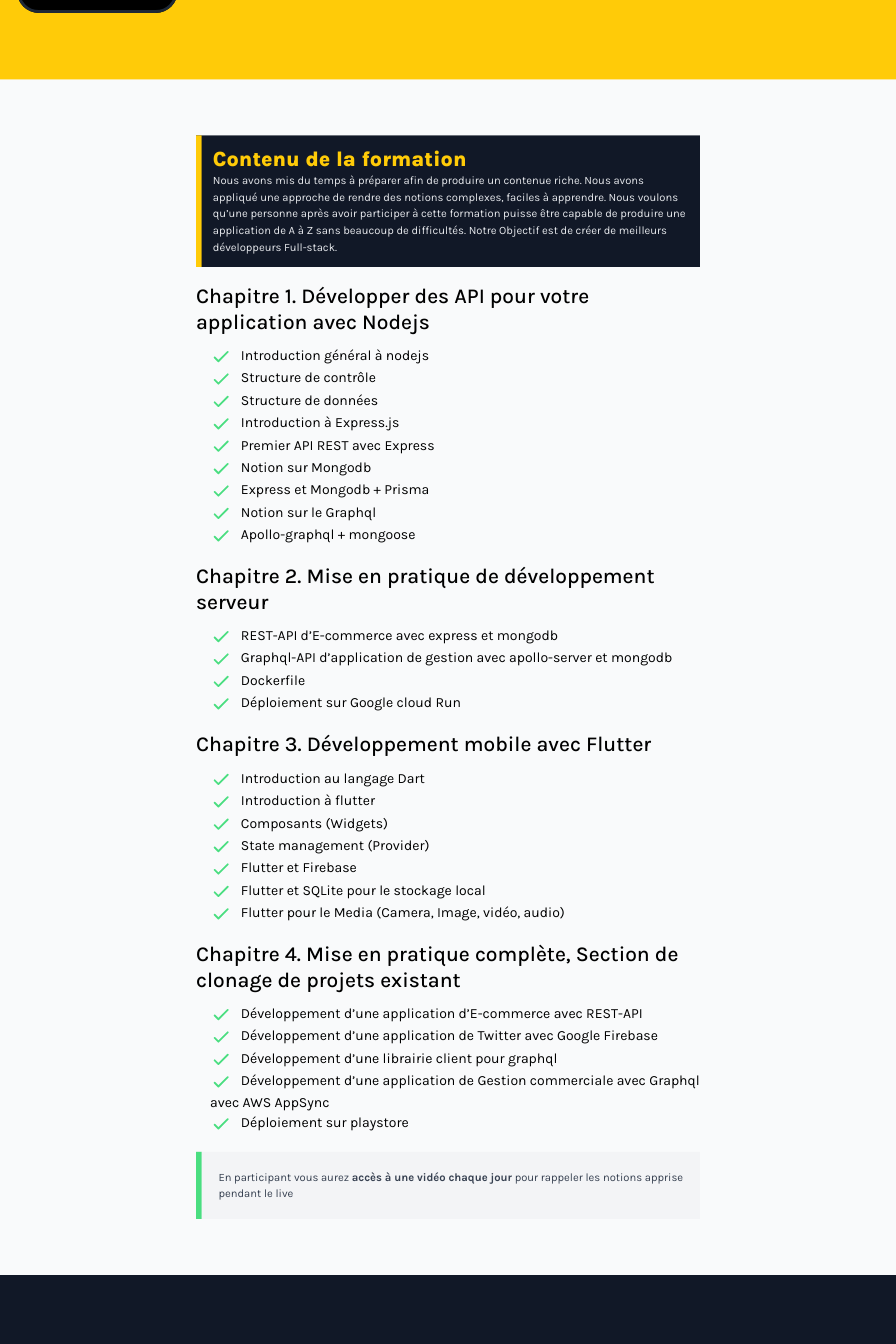
Repository: alfredlwanzo/course
Page: /
The author's editor kept a copy of each file at every save. The page is drawn from the files as they stood at one save, then again after the next save.
The browser window is 1280 px wide. The pictures show the part of the page from y = 658 to 2578 px (the page is 3446 px tall before and 3374 px after), at 70% of full size.
The project was rebuilt for these pictures with package versions that can differ from the ones it lists, and the page was loaded fresh each time. The framework's server and built-in components were replaced by stand-ins that run in the browser. Also part of the build but not shown: next.config.js.

Above is the page before, as saved 2022-08-09 14:50:03.

### pages/_app.tsx
import '../src/styles/globals.css'
import type { AppProps } from 'next/app'

function MyApp({ Component, pageProps }: AppProps) {
  return <Component {...pageProps} />
}

export default MyApp

### pages/_document.tsx
import NextDocument, { Html, Head, Main, NextScript } from "next/document";

type Props = {};

class MyDocument extends NextDocument<Props> {
  render() {
    return (
      <Html>
        <Head>
          <link rel="manifest" href="/manifest.json" />
          <link rel="apple-touch-icon" href="/icon.png"></link>
          <meta name="theme-color" content="#FFCB08" />
          <link rel="icon" href="/favicon.ico" />
        </Head>
        <body>
          <Main />
          <NextScript />
        </body>
      </Html>
    );
  }
}

export default MyDocument;

### pages/index.tsx
import Footer from '@src/components/Footers/Footer'
import ContentSection from '@src/components/sections/Content'
import HomeSection from '@src/components/sections/Home'
import PricingSection from '@src/components/sections/Pricing'
import type { NextPage } from 'next'
import Head from 'next/head'
import Image from 'next/image'


const Home: NextPage = () => {
  return (
    <div className="">
      <Head>
        <title>Innov | Bootcamp pour devenir fullStack developpeur</title>
        <meta name="description" content="Generated by create next app" />
        <link rel="icon" href="/favicon.ico" />
      </Head>

      <main className="">
       <section className="bg-primary pt-28 pb-14 md:pb-28">
        {/* section Home */}
        <HomeSection/>
       </section>

       {/* section content */}
       <section className="py-6 md:py-20">
        <ContentSection/>
       </section>
       {/* Section pricing */}
       <section>
        <PricingSection/>
       </section>
      </main>

      <Footer/>
    </div>
  )
}

export default Home

### src/styles/globals.css

/* Fonts: Comfortaa & Karla */
@import url('https://fonts.googleapis.com/css2?family=Comfortaa:wght@300;400;500;600;700&display=swap');
@import url('https://fonts.googleapis.com/css2?family=Karla:ital,wght@0,200;0,300;0,400;0,500;0,600;0,700;0,800;1,200;1,300;1,400;1,500;1,600;1,700;1,800&display=swap');

/* tailwind */
@tailwind base;
@tailwind components;
@tailwind utilities;


html,
body {
  padding: 0;
  margin: 0;
  @apply bg-gray-50;
  font-family: 'Karla', sans-serif;
}

a {
  color: inherit;
  text-decoration: none;
}

* {
  box-sizing: border-box;
}

### src/components/Footers/Footer.tsx
import React from 'react'
import Copyright from './Copyright'


const Footer = () => {
  return (
    <div className='bg-gray-900'>
        <Copyright/>
    </div>
  )
}

export default Footer

### src/components/sections/Content.tsx
import React from "react";
import { CheckIcon } from "@heroicons/react/outline";

const ContentSection = () => {
  return (
    <article className="max-w-3xl mx-auto px-3 sm:px-6">
      <blockquote className="bg-gray-900 border-l-8 border-l-primary text-gray-200 p-4">
        <h6 className="text-primary text-3xl font-extrabold">Contenu de la formation</h6>
        Nous avons mis du temps à préparer afin de produire un contenue riche. Nous avons appliqué une approche de rendre des notions complexes, faciles à apprendre. Nous voulons qu’une personne après avoir participer à cette formation puisse être capable de produire une application de A à Z sans beaucoup de difficultés. Notre Objectif est de créer de meilleurs développeurs Full-stack.
      </blockquote>
      {/* Chapter 1 */}
      <div className="mt-6">
        <h2 className="text-3xl font-medium">
          Chapitre 1. Développer des API pour votre application avec Nodejs
        </h2>
        <ul className="list-inside pl-5 mt-4">
          <li className="text-xl ">
            <CheckIcon className="inline-block h-8 w-8 mr-3 text-green-400" />
            Introduction général à nodejs
          </li>
          <li className="text-xl ">
            <CheckIcon className="inline-block h-8 w-8 mr-3 text-green-400" />
            Structure de contrôle
          </li>
          <li className="text-xl ">
            <CheckIcon className="inline-block h-8 w-8 mr-3 text-green-400" />
            Structure de données
          </li>
          <li className="text-xl ">
            <CheckIcon className="inline-block h-8 w-8 mr-3 text-green-400" />
            Introduction à Express.js
          </li>
          <li className="text-xl ">
            <CheckIcon className="inline-block h-8 w-8 mr-3 text-green-400" />
            Premier API REST avec Express
          </li>
          <li className="text-xl ">
            <CheckIcon className="inline-block h-8 w-8 mr-3 text-green-400" />
            Notion sur Mongodb
          </li>
          <li className="text-xl ">
            <CheckIcon className="inline-block h-8 w-8 mr-3 text-green-400" />
            Express et Mongodb + Prisma
          </li>
          <li className="text-xl ">
            <CheckIcon className="inline-block h-8 w-8 mr-3 text-green-400" />
            Notion sur le Graphql
          </li>
          <li className="text-xl ">
            <CheckIcon className="inline-block h-8 w-8 mr-3 text-green-400" />
            Apollo-graphql + mongoose
          </li>
        </ul>
      </div>
      {/* Chapitre 2 */}
      <div className="mt-6">
        <h2 className="text-3xl font-medium">
          Chapitre 2. Mise en pratique de développement serveur
        </h2>
        <ul className="list-inside pl-5 mt-4 ">
          <li className="text-xl ">
            <CheckIcon className="inline-block h-8 w-8 mr-3 text-green-400" />
            REST-API d’E-commerce avec express et mongodb
          </li>
          <li className="text-xl ">
            <CheckIcon className="inline-block h-8 w-8 mr-3 text-green-400" />
            Graphql-API d’application de gestion avec apollo-server et mongodb
          </li>
          <li className="text-xl ">
            <CheckIcon className="inline-block h-8 w-8 mr-3 text-green-400" />
            Dockerfile
          </li>
          <li className="text-xl ">
            <CheckIcon className="inline-block h-8 w-8 mr-3 text-green-400" />
            Déploiement sur Google cloud Run
          </li>
        </ul>
      </div>
      {/* Chapitre 3 */}
      <div className="mt-6">
        <h2 className="text-3xl font-medium">
          Chapitre 3. Développement mobile avec Flutter
        </h2>
        <ul className="list-inside pl-5 mt-4 ">
          <li className="text-xl ">
            <CheckIcon className="inline-block h-8 w-8 mr-3 text-green-400" />
            Introduction au langage Dart
          </li>
          <li className="text-xl ">
            <CheckIcon className="inline-block h-8 w-8 mr-3 text-green-400" />
            Introduction à flutter
          </li>
          <li className="text-xl ">
            <CheckIcon className="inline-block h-8 w-8 mr-3 text-green-400" />
            Composants (Widgets)
          </li>
          <li className="text-xl ">
            <CheckIcon className="inline-block h-8 w-8 mr-3 text-green-400" />
            State management (Provider)
          </li>
          <li className="text-xl ">
            <CheckIcon className="inline-block h-8 w-8 mr-3 text-green-400" />
            Flutter et Firebase
          </li>
          <li className="text-xl ">
            <CheckIcon className="inline-block h-8 w-8 mr-3 text-green-400" />
            Flutter et SQLite pour le stockage local
          </li>
          <li className="text-xl ">
            <CheckIcon className="inline-block h-8 w-8 mr-3 text-green-400" />
            Flutter pour le Media (Camera, Image, vidéo, audio)
          </li>
        </ul>
      </div>
       {/* Chapitre 4 */}
       <div className="mt-6">
        <h2 className="text-3xl font-medium">
          Chapitre 4. Mise en pratique complète, Section de clonage de projets existant
        </h2>
        <ul className="list-inside pl-5 mt-4 ">
          <li className="text-xl ">
            <CheckIcon className="inline-block h-8 w-8 mr-3 text-green-400" />
            Développement d’une application d’E-commerce avec REST-API
          </li>
          <li className="text-xl ">
            <CheckIcon className="inline-block h-8 w-8 mr-3 text-green-400" />
            Développement d’une application de Twitter avec Google Firebase
          </li>
          <li className="text-xl ">
            <CheckIcon className="inline-block h-8 w-8 mr-3 text-green-400" />
            Développement d’une librairie client pour graphql
          </li>
          <li className="text-xl ">
            <CheckIcon className="inline-block h-8 w-8 mr-3 text-green-400" />
            Développement d’une application de Gestion commerciale avec Graphql avec AWS AppSync
          </li>
          <li className="text-xl ">
            <CheckIcon className="inline-block h-8 w-8 mr-3 text-green-400" />
            Déploiement sur playstore
          </li>
        </ul>
      </div>
      <blockquote className="border-l-8 border-l-green-400 p-6 mt-6 bg-gray-100 text-gray-700">
        En participant vous aurez <span className="font-bold">accès à une vidéo chaque jour</span> pour rappeler les notions apprise pendant le live
      </blockquote>
    </article>
  );
};

export default ContentSection;

### src/components/sections/Home.tsx
import React from "react";
import SubscribeButton from "../buttons/SubscribeButton";
import PairProgramming from "../icons/PairProgramming";

const HomeSection = () => {
  return (
    <div className="max-w-7xl mx-auto px-3 sm:px-6">
      <div className="grid md:grid-cols-2 gap-10 lg:gap-0">
        <div>
          <div className="bg-gray-700 bg-opacity-40 w-max py-1 px-3 rounded-full">
            <h6 className="font-bold text-primary">
              Du 1 septembre au 25 octobre 2022.
            </h6>
          </div>
          <h1 className="text-5xl md:text-6xl text-gray-900 font-extrabold uppercase mt-2">
            Bootcamp pour devenir full-stack developpeur
          </h1>
          <p className="text-xl mt-2 text-gray-900">
            Ce bootcamp est une machine pour vous transformer en un développeur
            Full-Stack. Vous allez apprendre plusieurs notions difficiles à
            trouver dans nos universités. Avec 6 projets réels à développer,
            nous espèrons que vous allez aimer l’aventure.{" "}
            <span className="font-comfortaa font-bold">Innov</span> (notre
            équipe) prépare les séances avec totale concentration, dans le but
            de vous fournir du contenu riche et surtout simple à comprendre.
          </p>
          <div className="hidden md:block mt-9">
            <SubscribeButton />
          </div>
        </div>
        <div className="flex flex-col items-center justify-center">
          <PairProgramming className="w-auto h-52 md:h-80 -bottom-10" />
          <div className="block md:hidden mt-12">
            <SubscribeButton />
          </div>
        </div>
      </div>
    </div>
  );
};

export default HomeSection;

### src/components/sections/Pricing.tsx
import { CheckIcon } from '@heroicons/react/outline'

const tiers = [
  {
    name: 'En ligne',
    href: 'https://wa.me/+243978154329',
    price: 75,
    description: "La formation se passe en ligne en live.  2 heures par jour",
  },
  {
    name: 'En presentielle',
    href: 'https://wa.me/+243978154329',
    price: 100,
    description: 'Nous ne recevrons que 5 personnes au sein de nos locaux',
  },
]

export default function PricingSection() {
  return (
    <div className="bg-gray-900">
      <div className="pt-12 sm:pt-16 lg:pt-24">
        <div className="max-w-4xl mx-auto text-center px-4 sm:px-6 lg:px-8">
          <div className="max-w-3xl mx-auto space-y-2 lg:max-w-none">
            <h2 className="text-lg leading-6 font-semibold text-gray-300 uppercase tracking-wider">Prix</h2>
            <p className="text-3xl font-extrabold text-white sm:text-4xl lg:text-5xl text-left md:text-center">
            Un investissement pour la vie
            </p>
            <p className="text-xl text-gray-300">

            </p>
          </div>
        </div>
      </div>
      <div className="mt-8 pb-12 bg-gray-50 sm:mt-12 sm:pb-16 lg:mt-16 lg:pb-24">
        <div className="relative">
          <div className="absolute inset-0 h-3/4 bg-gray-900" />
          <div className="relative z-10 max-w-4xl mx-auto px-4 sm:px-6 lg:px-8">
            <div className="max-w-md mx-auto space-y-4 lg:max-w-5xl lg:grid lg:grid-cols-2 lg:gap-5 lg:space-y-0">
              {tiers.map((tier) => (
                <div key={tier.name} className="flex flex-col rounded-lg shadow-lg overflow-hidden">
                  <div className="px-6 py-8 bg-white sm:p-10 sm:pb-6">
                    <div>
                      <h3
                        className="inline-flex px-4 py-1 rounded-full text-sm font-semibold tracking-wide uppercase bg-gray-50 text-gray-900"
                        id="tier-standard"
                      >
                        {tier.name}
                      </h3>
                    </div>
                    <div className="mt-4 flex items-baseline text-6xl font-extrabold">
                      ${tier.price}
                    </div>
                    <p className="mt-5 text-xl text-gray-500">{tier.description}</p>
                  </div>
                  <div className="flex-1 flex flex-col justify-between px-6 pt-6 pb-8 bg-gray-50 space-y-6 sm:p-10 sm:pt-6">

                    <div className="rounded-full shadow">
                      <a
                        href={tier.href}
                        target="_blank"
                        rel="noreferrer"
                        className="flex items-center justify-center px-5 py-3 border border-transparent text-xl font-medium rounded-full text-primary bg-gray-900 hover:bg-gray-900"
                        aria-describedby="tier-standard"
                      >
                        Inscrivez-vous!
                      </a>
                    </div>
                  </div>
                </div>
              ))}
            </div>
          </div>
        </div>
        <div className="mt-4 relative max-w-4xl mx-auto px-4 sm:px-6 lg:px-8 lg:mt-5">
          <div className="max-w-md mx-auto lg:max-w-5xl">
            <div className="border-l-8 border-l-primary bg-gray-900 px-6 py-8 sm:p-10 lg:flex lg:items-center">
              <div className="flex-1">
                <div>
                  <h3 className="inline-flex px-4 py-1 rounded-full text-sm font-semibold tracking-wide uppercase bg-white text-gray-800">
                    Réduction
                  </h3>
                </div>
                <div className="mt-4 text-lg text-gray-100">
                Nous offrons aux 10 premiers inscrits une <span className="font-bold">réduction de 15$</span> à chaque personne qui va s’inscrire à la formation en ligne avant le 25 Aout. Donc il paye 60$ cash.
                </div>
              </div>
              <div className="mt-6 rounded-md shadow lg:mt-0 lg:ml-10 lg:flex-shrink-0">
                <a
                  href="https://wa.me/+243978154329"
                  target="_blank"
                  rel="noreferrer"
                  className="flex items-center justify-center px-5 py-3 border border-transparent text-base font-medium rounded-full text-gray-900 bg-white hover:bg-gray-50"
                >
                  Profiter de l&apos;occation
                </a>
              </div>
            </div>
          </div>
        </div>
      </div>
    </div>
  )
}

### src/components/Footers/Copyright.tsx
import React from 'react'

const Copyright = () => {
  return (
    <div className='max-w-7xl mx-auto px-3 sm:px-6" py-3 text-gray-200 '>
        <p className='text-xs'>© 2022 InnovToast. Tous droits réservés.</p>
    </div>
  )
}

export default Copyright

### src/components/buttons/SubscribeButton.tsx
import React from "react";

const SubscribeButton = () => {
  return (
    <a
      href="https://wa.me/+243978154329"
      target="_blank"
      rel="noreferrer"
      className="bg-black text-primary py-4 px-10 text-xl font-semibold rounded-full border-4 border-gray-800 hover:bg-opacity-95 hover:border-gray-900"
    >
      Inscrivez-vous!
    </a>
  );
};

export default SubscribeButton;

Loaded but not shown: tailwind.config.js (18 lines, source omitted); src/components/icons/PairProgramming.tsx (865 lines, source omitted)

After the next save:
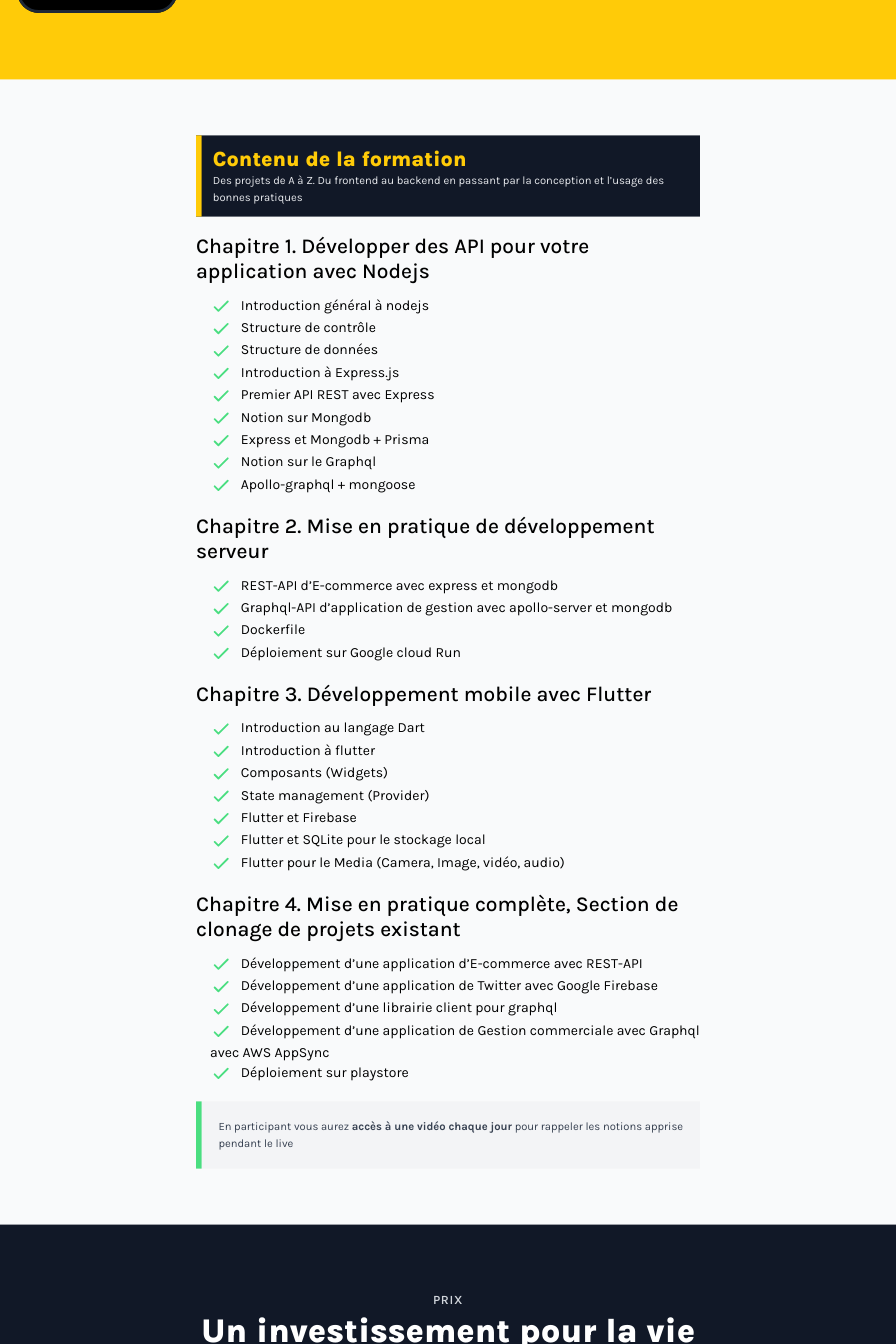
Saved 95 s later.
--- a/src/components/sections/Content.tsx
+++ b/src/components/sections/Content.tsx
@@ -6,7 +6,8 @@
     <article className="max-w-3xl mx-auto px-3 sm:px-6">
       <blockquote className="bg-gray-900 border-l-8 border-l-primary text-gray-200 p-4">
         <h6 className="text-primary text-3xl font-extrabold">Contenu de la formation</h6>
-        Nous avons mis du temps à préparer afin de produire un contenue riche. Nous avons appliqué une approche de rendre des notions complexes, faciles à apprendre. Nous voulons qu’une personne après avoir participer à cette formation puisse être capable de produire une application de A à Z sans beaucoup de difficultés. Notre Objectif est de créer de meilleurs développeurs Full-stack.
+        Des projets de A à Z. Du frontend au backend en passant par la conception et l’usage des bonnes pratiques
+        {/* Nous avons mis du temps à préparer afin de produire un contenue riche. Nous avons appliqué une approche de rendre des notions complexes, faciles à apprendre. Nous voulons qu’une personne après avoir participer à cette formation puisse être capable de produire une application de A à Z sans beaucoup de difficultés. Notre Objectif est de créer de meilleurs développeurs Full-stack. */}
       </blockquote>
       {/* Chapter 1 */}
       <div className="mt-6">
